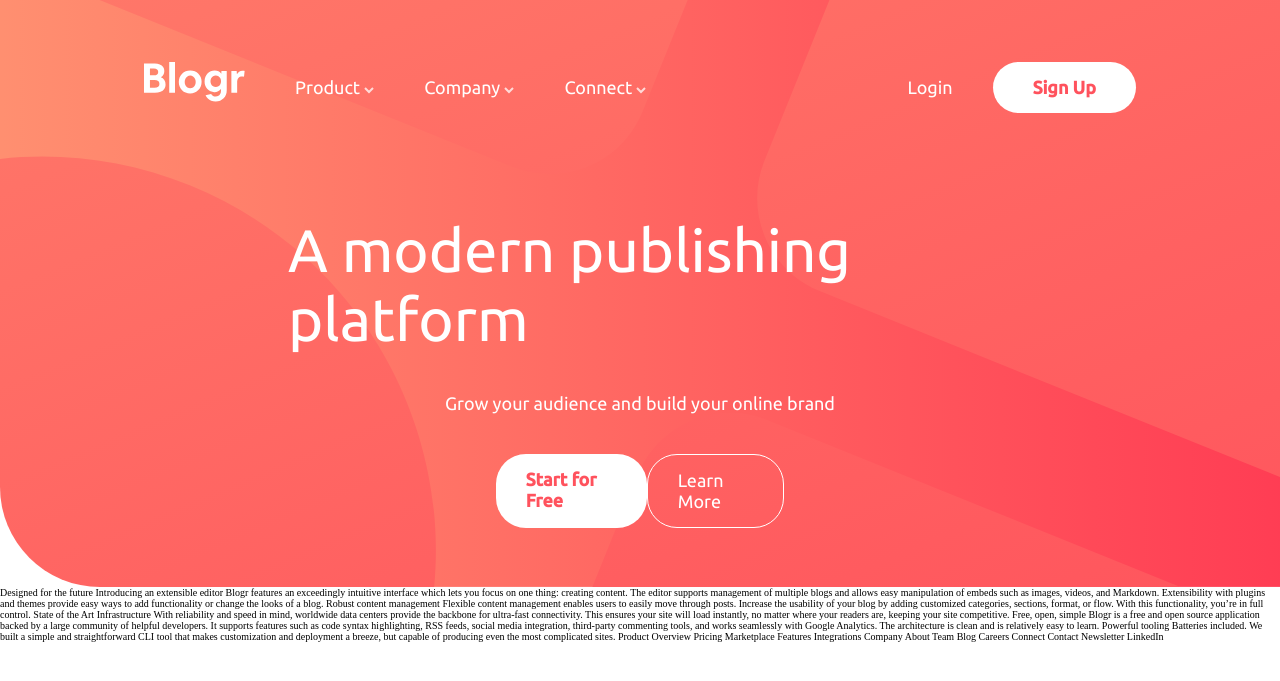
Repository: tomas938/tomaspage3
Page: index.html
The author's editor kept a copy of each file at every save. The page is drawn from the files as they stood at one save, then again after the next save.
The browser window is 1280 px wide. The pictures show the whole page.
The style sheet was rebuilt from its Sass, Less or Tailwind sources for each picture, by a compiler version that may differ from the author's.

Above is the page before, as saved 2021-07-30 09:26:57.

After the next save:
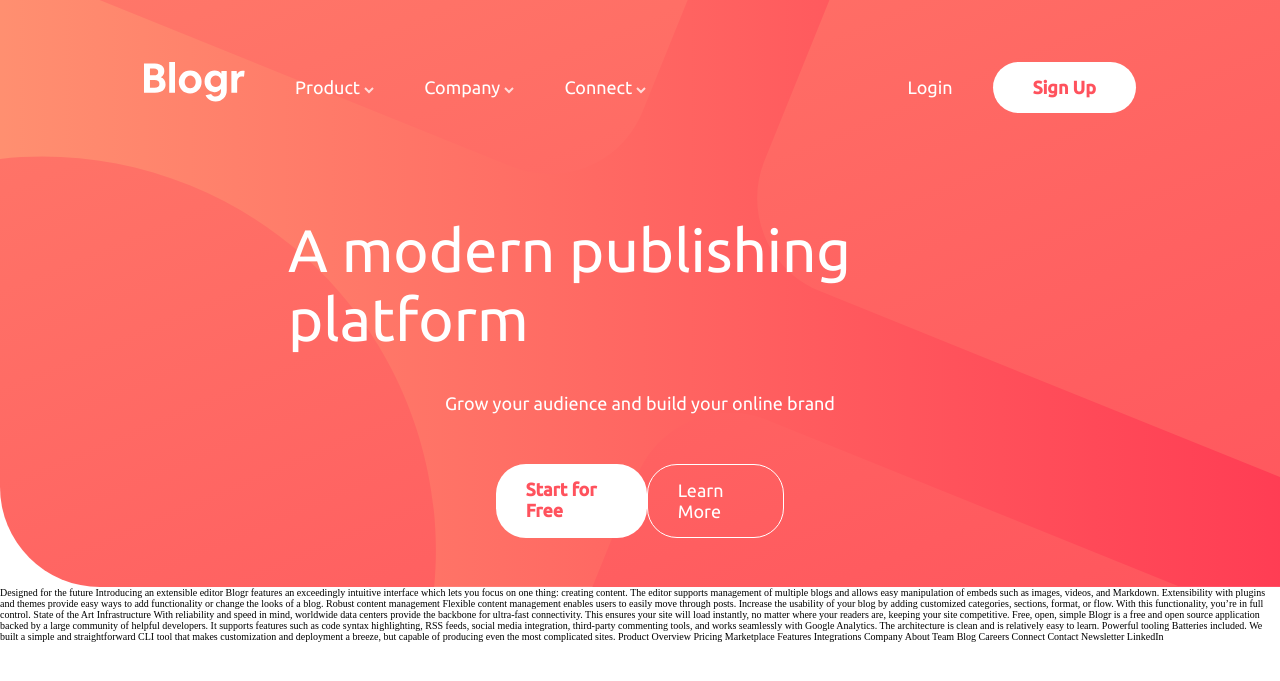
Saved 6 s later.
--- a/scss_partials/_intro.scss
+++ b/scss_partials/_intro.scss
@@ -48,7 +48,7 @@
 			text-align: center;
 		}
 		&__buttons {
-			padding: 4rem 0;
+			padding: 5rem 0;
 			width: 41%;
 			margin: auto;
 			display: flex;
